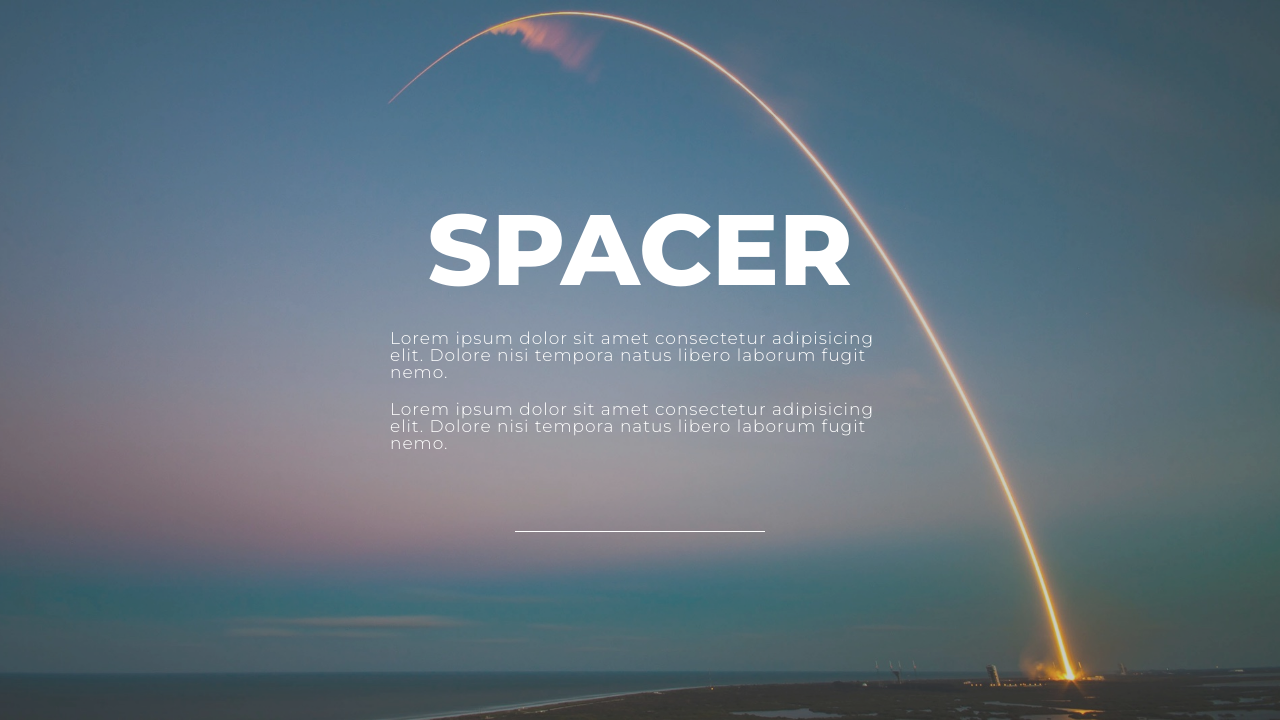
Repository: Trelefele/spacer-roman
Page: /
An editor plug-in stored every save of this project. The page is shown before and after the next save, followed by the edit.
The browser window is 1280 px wide. The pictures show the whole page.
The project was rebuilt for these pictures with package versions that can differ from the ones it lists, and the page was loaded fresh each time.

Above is the page before, as saved 2019-02-06 19:11:26.

### public/index.html
<!DOCTYPE html>
<html lang="en">
  <head>
    <meta charset="utf-8">
    <meta http-equiv="X-UA-Compatible" content="IE=edge">
    <meta name="viewport" content="width=device-width,initial-scale=1.0">
    <link rel="icon" href="<%= BASE_URL %>favicon.ico">
    <!-- <script src="https://unpkg.com/axios/dist/axios.min.js"></script> -->
    <title>spacer-roman</title>
  </head>
  <body>
    <noscript>
      <strong>We're sorry but spacer-roman doesn't work properly without JavaScript enabled. Please enable it to continue.</strong>
    </noscript>
    <div id="app"></div>
    <!-- built files will be auto injected -->
  </body>
</html>

### src/main.js
import Vue from 'vue';
import App from './App.vue';

Vue.config.productionTip = false;

new Vue({
  render(h) { return h(App); },
}).$mount('#app');

### src/App.vue
<template>
  <div class="app">
    <div :class="[{flexStart:step === 1 }, 'wrapper']">
      <transition name="slide">
        <img src="./assets/logo.svg" alt="Its site's logo" class="logo" v-if="step === 1">
      </transition>
      <transition name="fade">
        <HeroImage v-if="step === 0"/>
      </transition>
      <Claim v-if="step === 0"/>
      <SearchInput v-model="searchValue" @input="handleInput" :dark="step === 1"/>
      <div class="results">
        <Item/>
      </div>
    </div>
  </div>
</template>

<script>
import axios from 'axios';
import debounce from 'lodash.debounce';
import Claim from '@/components/Claim.vue';
import HeroImage from '@/components/HeroImage.vue';
import SearchInput from '@/components/SearchInput.vue';
import Item from '@/components/Item.vue';

const API = 'https://images-api.nasa.gov/search';

export default {
  name: 'App',
  components: {
    Claim,
    SearchInput,
    HeroImage,
    Item,
  },
  data() {
    return {
      loading: false,
      step: 0,
      searchValue: '',
      results: [],
    };
  },
  methods: {
    // eslint-disable-next-line
    handleInput: debounce(function(){
      this.loading = true;
      console.log(this.searchValue);
      axios.get(`${API}?q=${this.searchValue}&media_type=image`)
        .then((response) => {
          // this.results = response.data.collection.items;
          this.results = response.data.collection.items;
          this.loading = true;
          this.step = 1;
        })
        .catch((error) => {
          console.log(error);
        });
    }, 500),
  },
};
</script>

<style lang="scss" >
@import url('https://fonts.googleapis.com/css?family=Montserrat:300,400,600,800');

* {
  box-sizing: border-box;
  -webkit-font-smoothing: antialiased;
  -moz-asx-font-smoothing: antialiased;
  font-family: 'Montserrat', sans-serif;
  margin: 0;
  padding: 0;
}

.fade-enter-active, .fade-leave-active {
  transition: opacity .3s ease;
}
.fade-enter, .fade-leave-to{
  opacity: 0;
}

.slide-enter-active, .slide-leave-active {
  transition: opacity .3s ease;
}
.slide-enter, .slide-leave-to{
  margin-top: -50px
}

.wrapper {
    margin: 0;
    position: relative;
    width: 100%;
    min-height: 100vh;
    padding: 30px;
    display: flex;
    flex-direction: column;
    align-items: center;
    justify-content: center;

    &.flexStart{
      justify-content: flex-start;
    }
}

.logo{
  position: absolute;
  top: 40px;
}
</style>

### src/components/Claim.vue
<template>
  <div class="claimWrapper">
    <h1 class="claim">SPACER</h1>
    <p class="subclaim">
      Lorem ipsum dolor sit amet consectetur adipisicing elit.
      Dolore nisi tempora natus libero laborum fugit nemo.
    </p>
    <p class="subclaim">
      Lorem ipsum dolor sit amet consectetur adipisicing elit.
      Dolore nisi tempora natus libero laborum fugit nemo.
    </p>
  </div>
</template>

<script>
export default {
  name: "Claim"
};
</script>

<style lang="scss" scoped>
.claimWrapper {
  display: flex;
  flex-direction: column;
  justify-content: center;
  align-items: center;
  color: white;
  margin: 0;
}

.claim {
  font-size: 50px;
  margin: 0;

    @media (min-width: 768px) {
        font-size: 80px;
    }
    @media (min-width: 1024px) {
        font-size: 100px;
    }
}

.subclaim {
  margin: 20px 0 0 0;
  font-size: 13px;
  font-weight: 300;

    @media (min-width: 768px) {
        font-size: 17px;
        line-height: 1;
        letter-spacing: 1px;
        width: 500px;
    }
}
</style>

### src/components/HeroImage.vue
<template>
    <div class="heroImage"/>
</template>

<script>
export default {
    name: "HeroImage"
}
</script>

<style lang="scss" scoped>
.heroImage{
    position: fixed;
    top: 0;
    z-index: -1;
    width: 100%;
    height: 100vh;
    background-image: url('../assets/heroimage.jpg');
    background-repeat: no-repeat;
    background-size: cover;
    background-position: 80%, 0%;
}
.heroImage::after {
    content: '';
    background: rgba(0,0,0, .2);
    position: absolute;
    top: 0;
    left: 0;
    z-index: 1;
    width: 100%;
    height: 100vh;
}
</style>

### src/components/SearchInput.vue
<template>
  <input
    id="search"
    name="search"
    :value="value"
    :class="{ dark }"
    @input="handleChange"
  />
</template>
<script>
export default {
  name: 'SearchInput',
  props: {
    value: {
      type: String,
      required: true,
    },
    dark: {
      type: Boolean,
      default: false,
    },
  },
  methods: {
    handleChange(e) {
      this.$emit('input', e.target.value);
    },
  },
};
</script>
<style lang="scss" scoped>
  input {
    margin-top: 50px;
    display: flex;
    width: 250px;
    color: white;
    text-align: center;
    font-size: 18px;
    font-weight: 300;
    height: 30px;
    border: 0;
    background: none;
    border-bottom: 1px solid white;
    transition: box-shadow .3s ease-out;

    @media (min-width: 1024px) {
      font-weight: 400;
    }
  }

  input:focus {
    outline: none;
    box-shadow: 0 10px 20px -8px rgba(255,255,255, .5);
  }

  .dark {
    color: #1e3d4a;
    border-bottom-color: #1e3d4a;
  }

  .dark:focus {
    box-shadow: 0 10px 20px -8px rgba(#1e3d4a, .2);
  }
</style>

### src/components/Item.vue
<template>
    <div :style="style"/>
</template>

<script>
export default {
    name: 'Item',
    item:{
        type: Object,
        required: true,
    },
    data(){
        return{
            photo: this.item.links[0].href,
            title: this.item.links[0].title,
            style: {
                backgroundImage: `url("${this.photo}")`,
            },
        };
    },
};
</script>

<style lang="scss" scoped>
    .item
    {
        height: 300px;
        width: 300px;
        background-size: cover;
        background-repeat: no-repeat;
        background-position: 50%;
    }
</style>

After the next save:
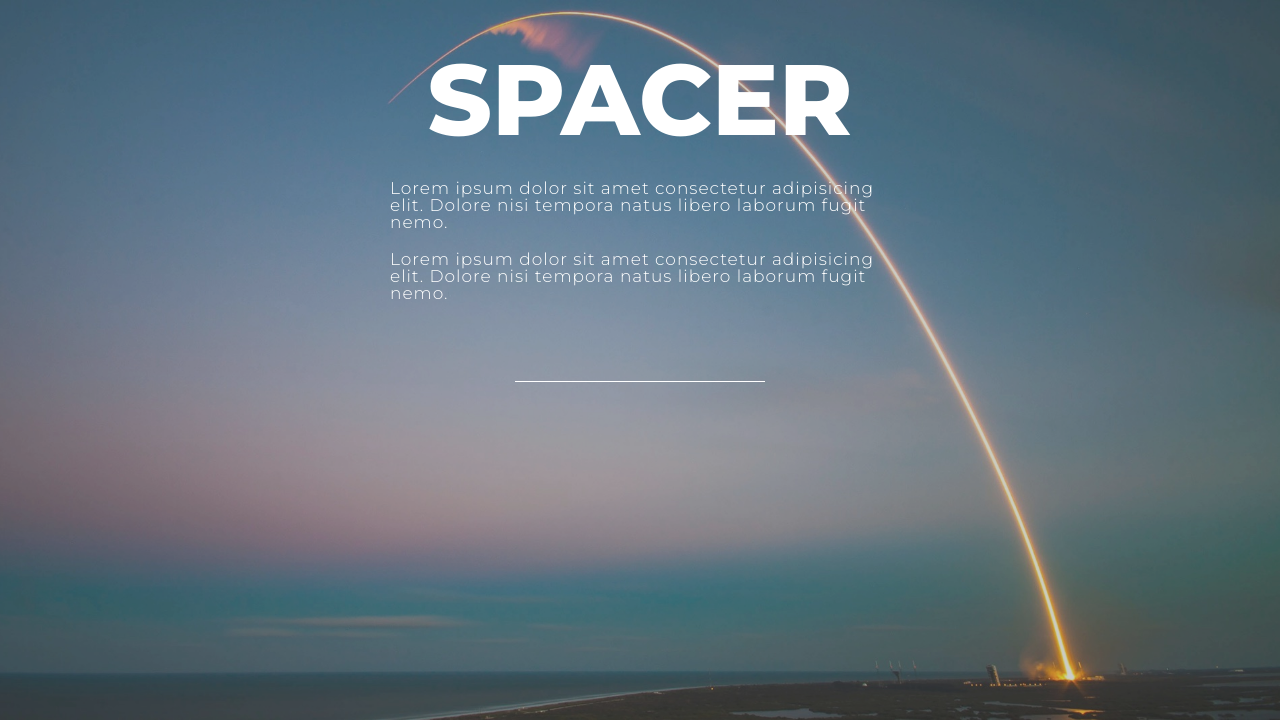
Saved 83 s later.
--- a/src/components/Item.vue
+++ b/src/components/Item.vue
@@ -1,5 +1,5 @@
 <template>
-    <div :style="style"/>
+    <div :style="style" class="item"/>
 </template>
 
 <script>

After the save that followed:
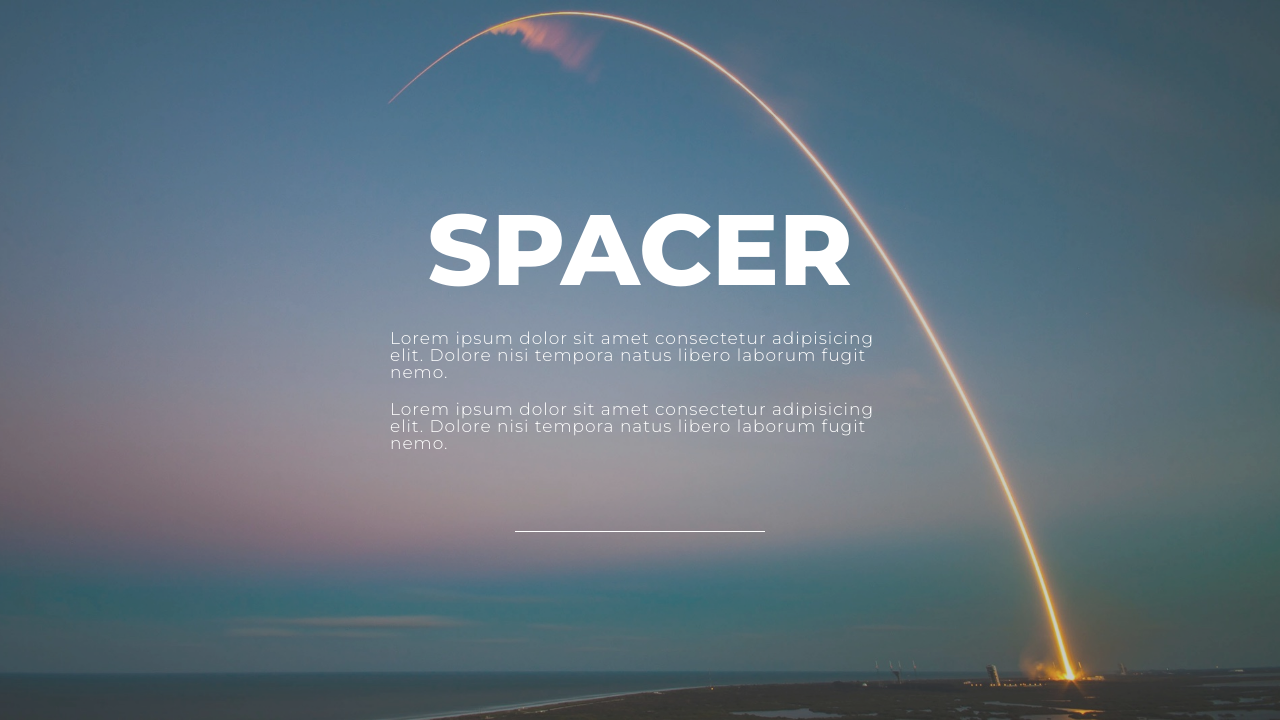
Saved 2 min 56 s later.
--- a/src/App.vue
+++ b/src/App.vue
@@ -9,8 +9,8 @@
       </transition>
       <Claim v-if="step === 0"/>
       <SearchInput v-model="searchValue" @input="handleInput" :dark="step === 1"/>
-      <div class="results">
-        <Item/>
+      <div class="results" v-if="results && !loading && step === 1">
+        <Item v-for="item in results" :key="item.data[0].nasa_id"/>
       </div>
     </div>
   </div>
